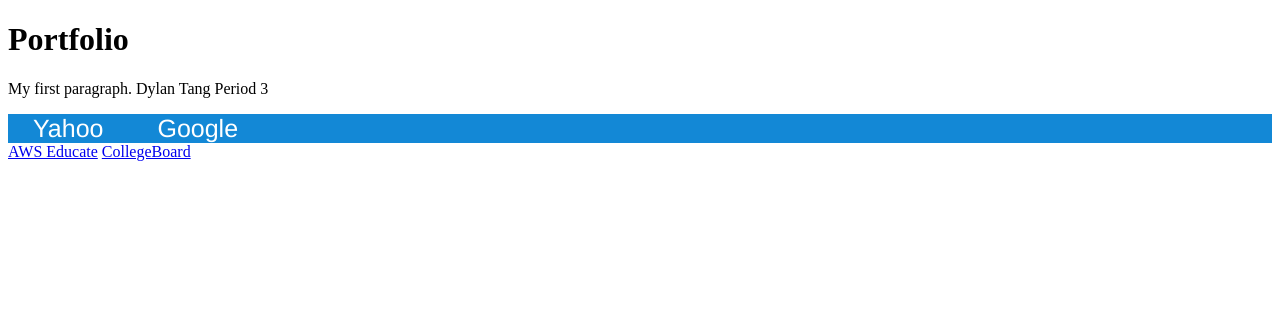
Repository: TangDylan/TangDylan.github.io
Page: index.html
The author's editor kept a record of every edit. The page is drawn from the files as they stood at one moment, then again after the next edit.
The browser window is 1280 px wide. The pictures show the whole page.

Above is the page before.

After the next edit:
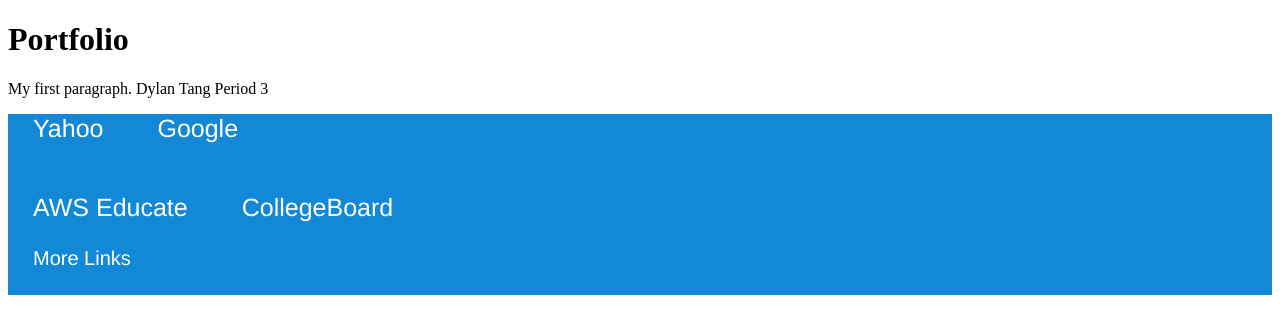
The edit:
--- a/index.html
+++ b/index.html
@@ -43,11 +43,8 @@
         <div class=navbar>
             <a href="https://www.yahoo.com">Yahoo</a>
             <a href="https://www.google.com">Google</a>
-
-
-        </div>
-        <div class=dropdown>
-
+        <div class="dropdown">
+            <div class="morelinks"More Links></div>
               <a href="https://www.awseducate.com">AWS Educate</a>
             <a href="https://<www.collegeboard.org">CollegeBoard</a>
 
